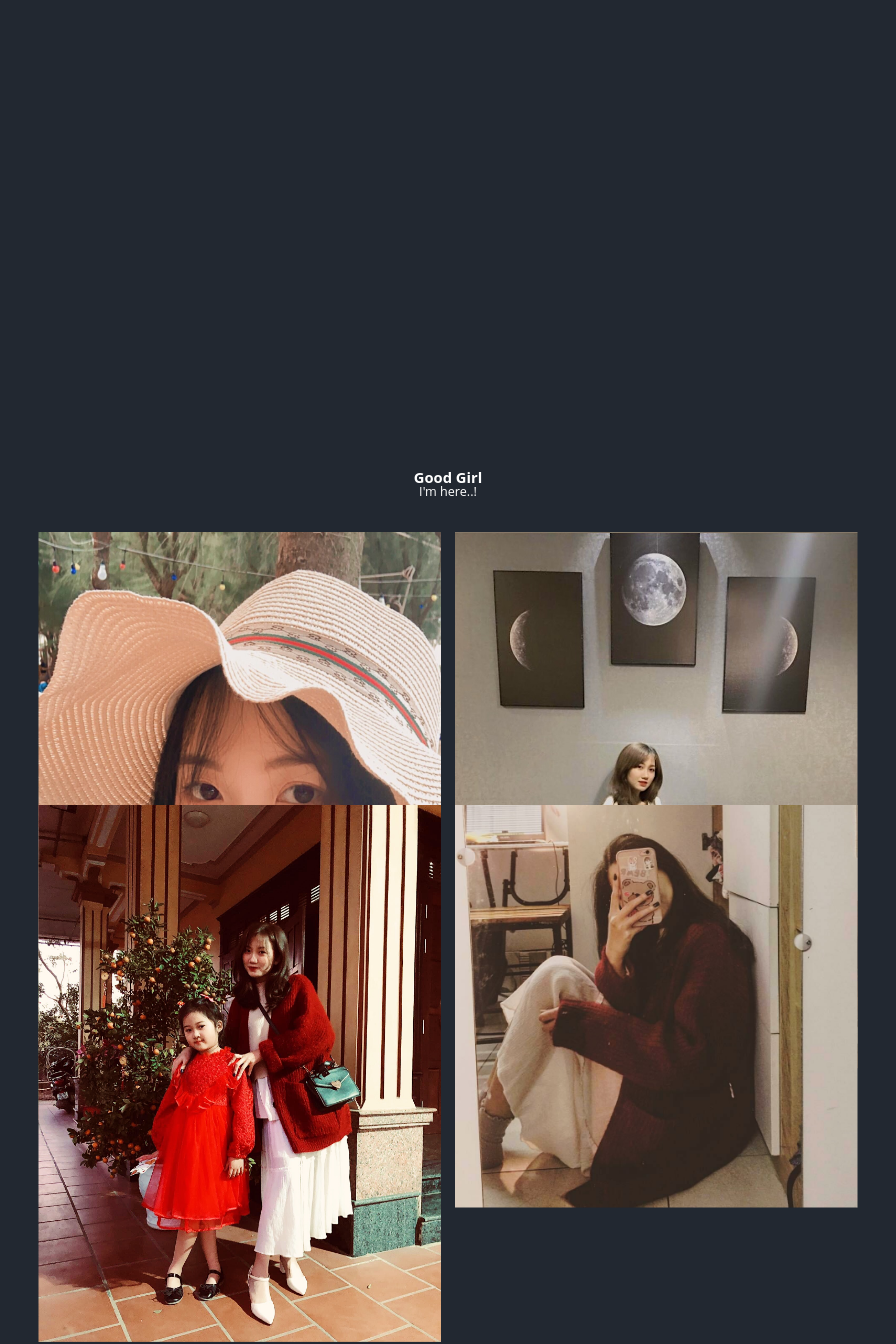
Repository: Datt21/p-happyB
Page: index.html
An editor plug-in stored every save of this project. The page is shown before and after the next save, followed by the edit.
The browser window is 1280 px wide. The pictures show the part of the page from y = 970 to 2890 px (the page is 2890 px tall), at 70% of full size.
Some icons come from a web library that is not loaded, so they are not drawn.

Above is the page before, as saved 2021-08-31 05:26:02.

After the next save:
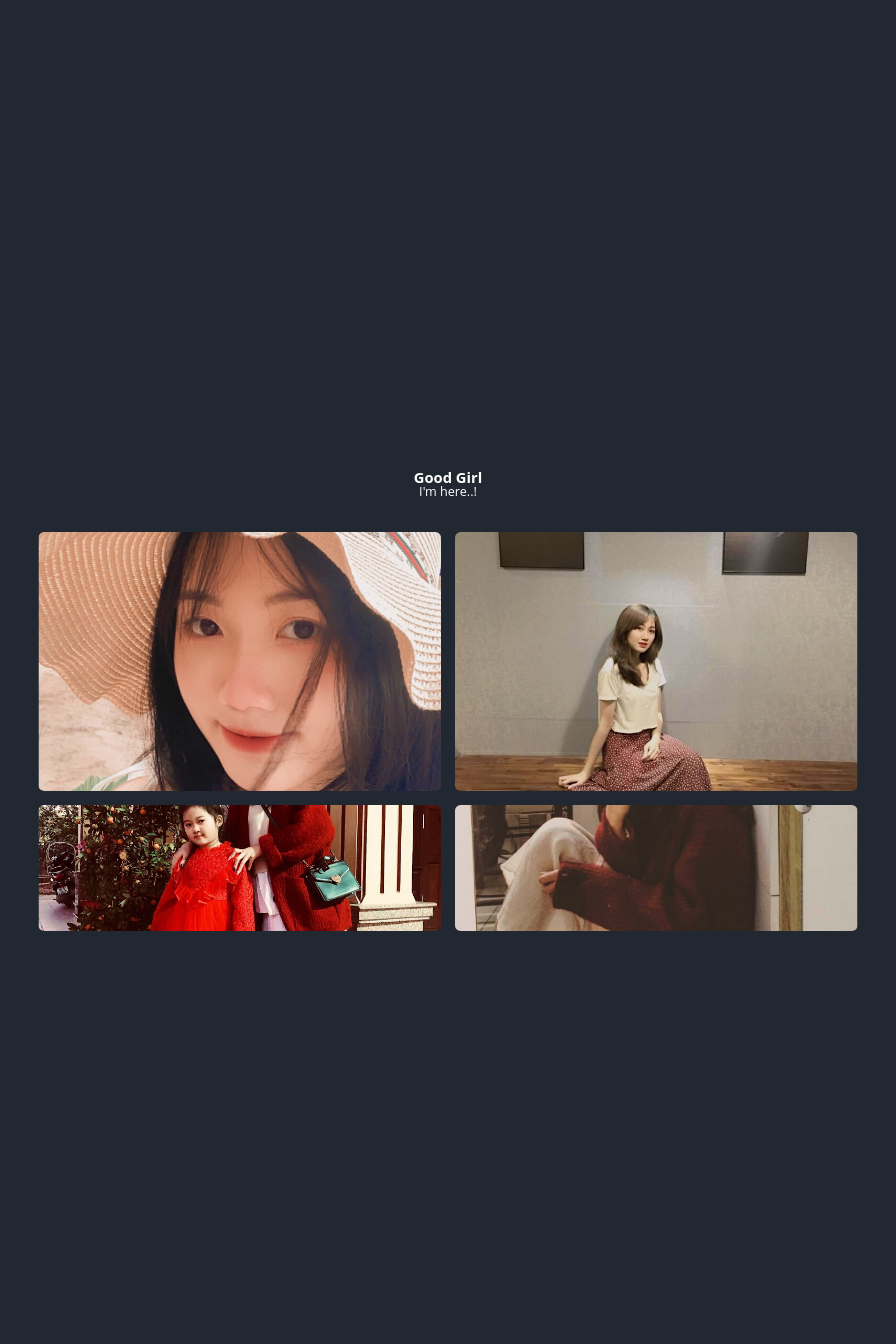
Saved 73 s later.
--- a/app.css
+++ b/app.css
@@ -121,3 +121,10 @@ main {
 .about-item {
     border-radius: 8px;
 }
+
+.about-item img {
+    width: 100%;
+    height: 100%;
+    object-fit: cover;
+    border-radius: inherit;
+}
